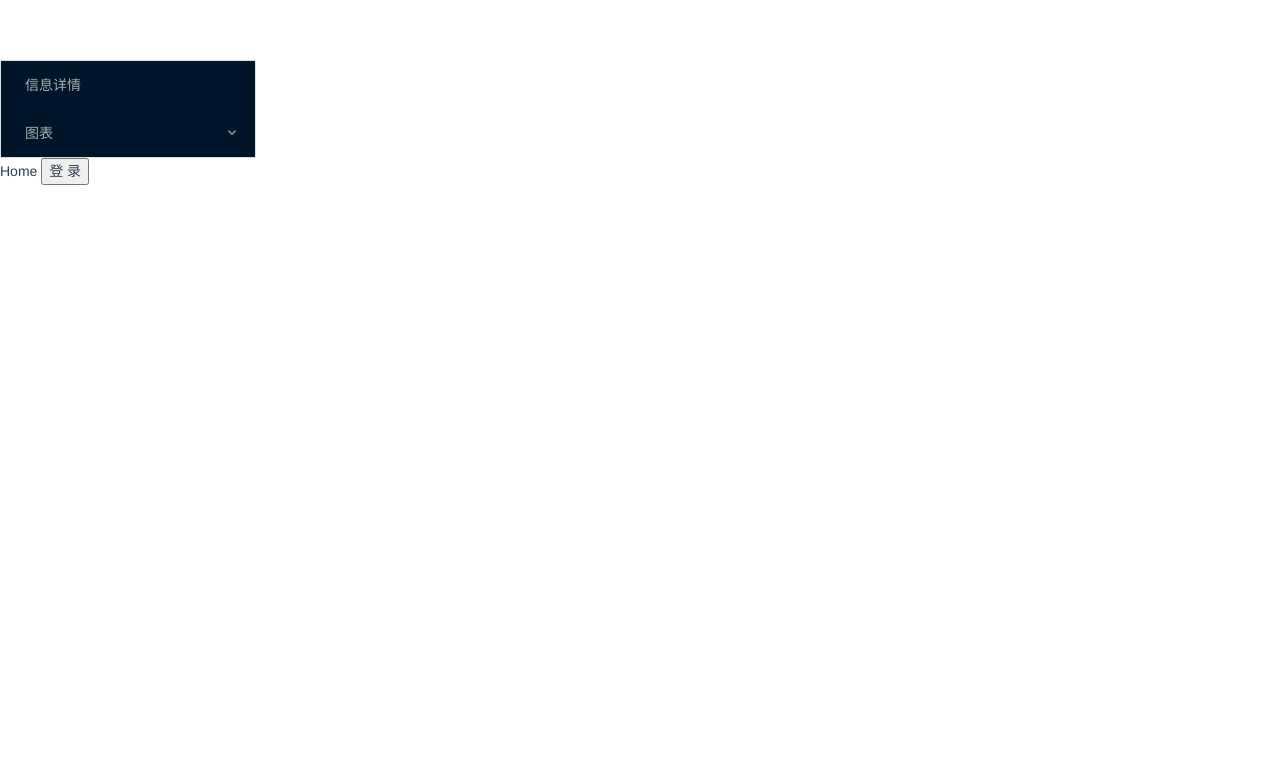
Repository: zhongdm/vue-vuex-antd
Page: /#/Home
The author's editor kept a copy of each file at every save. The page is drawn from the files as they stood at one save, then again after the next save.
The browser window is 1280 px wide. The pictures show the whole page.
The project was rebuilt for these pictures with package versions that can differ from the ones it lists, and the page was loaded fresh each time.

Above is the page before, as saved 2019-03-14 10:15:34.

After the next save:
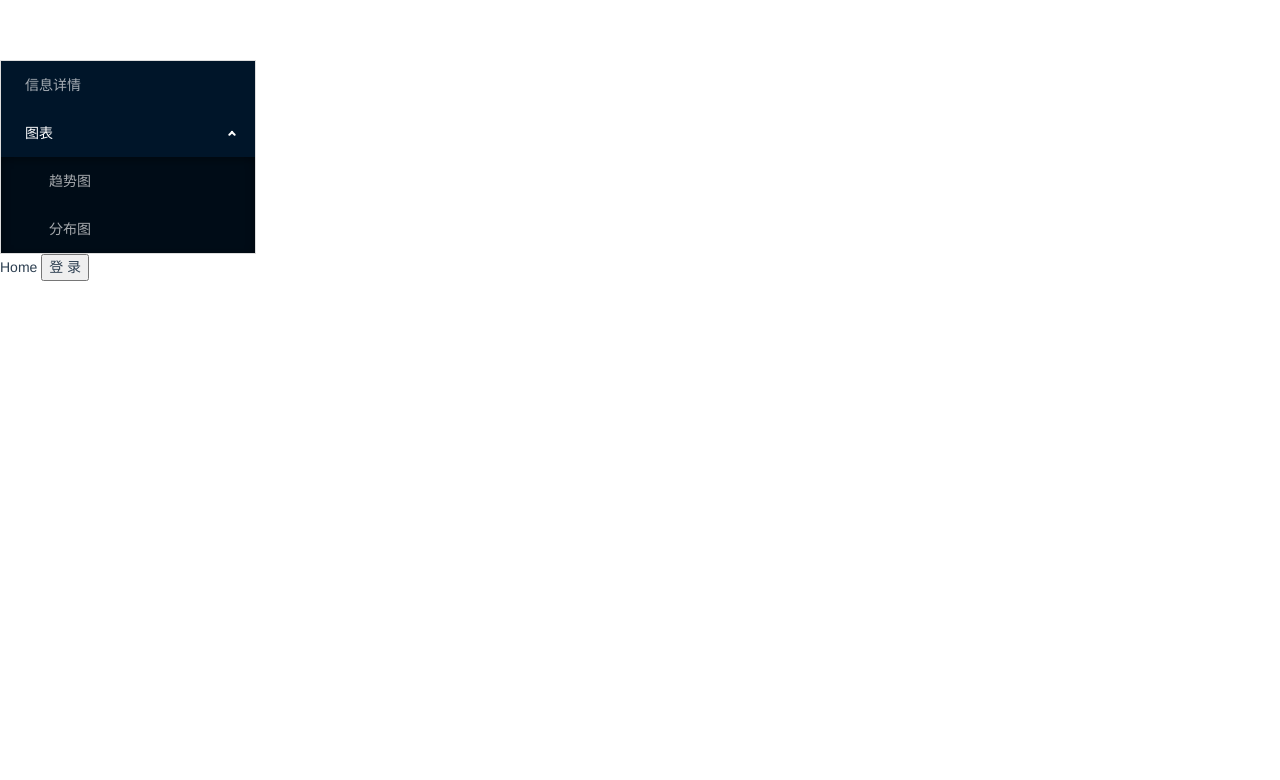
Saved 2 min 44 s later.
--- a/src/components/MenuBar.vue
+++ b/src/components/MenuBar.vue
@@ -1,5 +1,9 @@
 <template>
-  <a-menu mode="inline" class="menu-bar" theme="dark">
+  <a-menu
+    mode="inline"
+    class="menu-bar"
+    theme="dark"
+    :defaultOpenKeys="['o1']">
     <a-menu-item key="1">信息详情</a-menu-item>
     <a-sub-menu key="o1">
       <span slot="title">图表</span>
